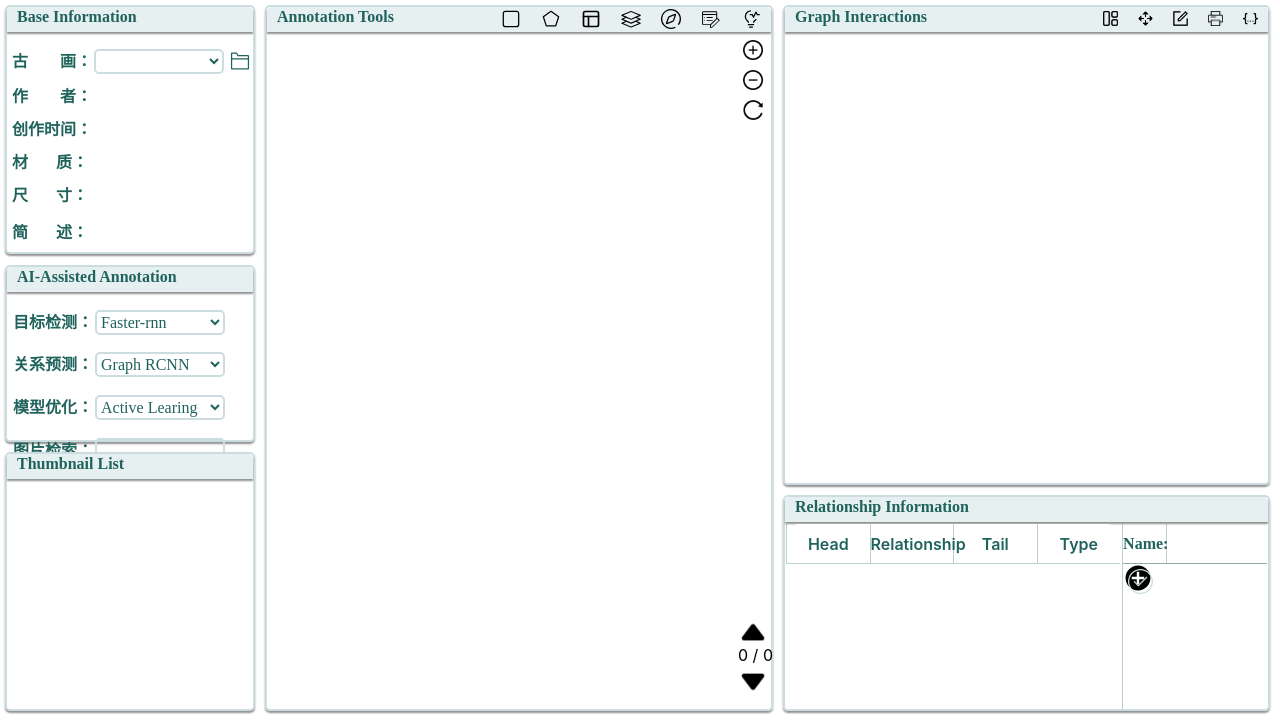
Repository: cailbh/ImageLabelTool
Page: /
The author's editor kept a copy of each file at every save. The page is drawn from the files as they stood at one save, then again after the next save.
The browser window is 1280 px wide. The pictures show the whole page.
The project was rebuilt for these pictures with package versions that can differ from the ones it lists, and the page was loaded fresh each time.

Above is the page before, as saved 2022-11-15 15:43:37.

### src/index.tsx
import React from 'react';
import ReactDOM from 'react-dom/client';
import './index.css';
import UI from './View';

const root = ReactDOM.createRoot(
  document.getElementById('root') as HTMLElement
);
root.render(
  <React.StrictMode>
    <UI />
  </React.StrictMode>
);

### src/index.css
* {
  margin: 0;
  font-family: -apple-system, BlinkMacSystemFont, 'Segoe UI', 'Roboto', 'Oxygen',
    'Ubuntu', 'Cantarell', 'Fira Sans', 'Droid Sans', 'Helvetica Neue',
    sans-serif;
  -webkit-font-smoothing: antialiased;
  -moz-osx-font-smoothing: grayscale;
  padding: 0;
  user-select: none;
}

code {
  font-family: source-code-pro, Menlo, Monaco, Consolas, 'Courier New',
    monospace;
}

html, body, #root {
  width: 100%;
  height: 100%;
  /* background: rgb(237,241,241); */
  background: rgb(255,255,255);
}

#root {
  /* display: flex; */
  /* flex-direction: row; */

}

### src/View/index.tsx
/**
 * 该组件负责图像视图与网络图视图的通信：
 *
 */

import React from "react";
// import ImageView from "./ImageView";
import GraphView from "./GraphView";
import LabelView from "./LabelView";
import { Entity, EntityArray, Relationship, RelationshipArray } from '../lib/interface'
import { EntityArrayContextProvider, useEntityArray, useEntityArrayUpdate } from "../lib/context";
import { RelationshipArrayContextProvider, useRelationshipArray, useRelationshipArrayUpdate } from "../lib/context";
import { InfoContextProvider, useInfo, useInfoUpdate } from "../lib/context";
import { MemoArrayContextProvider, useMemoArray, useMemoArrayUpdate } from "../lib/context";


export default function UI() {
    return (
        <React.StrictMode>
            <InfoContextProvider>
                <RelationshipArrayContextProvider>
                    <EntityArrayContextProvider>
                        <MemoArrayContextProvider>
                            {/* <ImageView></ImageView> */}

                            <LabelView></LabelView>
                            {/* <GraphView></GraphView> */}
                        </MemoArrayContextProvider>
                    </ EntityArrayContextProvider >
                </RelationshipArrayContextProvider>
            </InfoContextProvider>
        </React.StrictMode>
    )
}

### src/View/LabelView.tsx
import React from "react";
import LabelDisplay from "../component/LabelDisplay/index";
import LabelTool from "../component/LabelTool/index";
import ViewCard from "./ViewCard";

export default function LabelView() {
    return (
        // <ViewCard
        //     top={(
        //         <LabelTool></LabelTool>
        //     )}
        //     body={(
        <LabelDisplay></LabelDisplay>
        //     )}
        // />
    )
}

### src/lib/tasks.tsx
export default class Task {
    id: string;
    name: string;
    size: string;
    texture: string;
    time: string;
    author: string;
    discribe:string;
    constructor(options) {
        this.id = "";
        this.name = "";
        this.size = "";
        this.texture = "";
        this.time = "";
        this.author = ""
        this.discribe = ""
    }
}

### src/component/AttributeInput/index.tsx
import React from 'react'
import './index.css';

import url_confirm from "../../assets/imgs/confirm.png"
import url_addAttr from "../../assets/imgs/addAttr.svg"
import url_delAttr from "../../assets/imgs/delAttr.png"
interface AttributeInputProps {
    name: string;
    changeName: any;
    confirm: any;
    attributes: any;
    changeAttributes: any;
    children?: React.ReactNode;
}
interface AttributeInputState {
    name: string;
    attributes: any;
    // displayAttributeInputPicker: boolean;
    // color: object;
}
export default class AttributeInput extends React.Component<AttributeInputProps, AttributeInputState> {
    state = {
        name: '',
        attributes: []
    };
    constructor(props: AttributeInputProps) {
        super(props)
        this.state = {
            name: props.name,
            attributes: props.attributes
        }
        this.setState(this.state)
    }
    static getDerivedStateFromProps(nextProps, prevState) {
        if ((nextProps.attributes !== prevState.attributes) || (nextProps.name !== prevState.name)) {
            return {
                name: nextProps.name,
                attributes: nextProps.attributes
            }
        }
        return null
    }

    confirm = ()=>{
        let input = document.getElementById("nameIn") as HTMLInputElement
        input.value = ""
        this.props.confirm()
    }

    nameChange = (e, tp) => {
        this.props.changeName(e.target.value)
    }

    attrChange = (e, index, type) => {
        var tp = this.state.attributes[index]
        var temp = this.state.attributes
        tp[type] = e.target.value
        this.state = {
            name: this.state.name,
            attributes: this.state.attributes
        }
        this.setState(this.state)
        this.props.changeAttributes(this.state.attributes)
    }
    attrClick = (e,index,type) =>{
        window.onkeyup = null
        window.onkeyup = (ent) => {
            console.log(ent.key)
            if("Delete" === ent.key){
                console.log(1111,index)
                e.target.value = "";
                var temp = this.state.attributes
                temp.splice(index, 1)
                this.state = {
                    name: this.state.name,
                    attributes: temp
                }
                this.setState(this.state)
                window.onkeyup = null
            }
        }
    }
    nameInput = (data: string) => {
        return (
            <div className='attrValue nameValue'>
                <input id="nameIn" type="text" className="valueInput" placeholder={data} onChange={(e) => this.nameChange(e, "name")} />
            </div>
        )
    }
    attrInput = (data: any[]) => {
        if (data) {
            return (
                <div className="attrInputDiv">
                    {
                        data.map((item, index) => {
                            return (
                                <div className="attrInput" >
                                    <div className="attrKey">
                                        <input type="text" className={"keyInput attr " + index}  placeholder={item.attrKey}  onClick={(e) => this.attrClick(e, index, "attrKey")} onChange={(e) => this.attrChange(e, index, "attrKey")} />
                                    </div>
                                    <div className='attrValue'>
                                        <input type="text" className={"valueInput attr " + index} placeholder={item.attrValue} onChange={(e) => this.attrChange(e, index, "attrValue")} />
                                    </div>

                                    {/* <div className={'attrDel '+index} onClick={(e) => { this.delAttr(e) }}>
                                        <img className={"delAttrBut "+index} src={url_delAttr}></img>
                                    </div> */}
                                </div>
                            )
                        })
                    }
                </div>
            )
        }
    }
    addAttr = () => {
        var tp = {}
        var temp = this.state.attributes
        temp.push(tp)
        this.state = {
            name: this.state.name,
            attributes: temp
        }
        this.setState(this.state)

    }
    delAttr = (e) => {
        console.log(e,e.target,e.target.className)
        let str = e.target.className
        let index = str.split(' ')[1]
        var temp = this.state.attributes
        temp.splice(index, 1)
        this.state = {
            name: this.state.name,
            attributes: temp
        }
        this.setState(this.state)

    }
    // handleClick = () => {
    //     this.setState({ displayAttributeInputPicker: !this.state.displayAttributeInputPicker })
    // };

    // handleClose = () => {
    //     this.setState({ displayAttributeInputPicker: false })
    // };

    // handleChange = (color) => {
    //     this.setState({ color: color.rgb })
    //     this.props.changeAttributeInput(color)
    // };
    // useEffect(() => {
    //     this.state = {
    //         name: props.name,
    //         attributes: props.attributes
    //     }
    //     this.setState(this.state)
    // }, [this.props])

    render() {
        const data = this.props
        return (
            <div className='contain'>
                {/* <div className="attrHead">
                    <div className="headName">Entity Editing</div>
                </div> */}
                <div className="nameInput" >
                    <div className="attrKey">
                        {/* <div>名&nbsp;&nbsp;&nbsp;&nbsp;&nbsp;&nbsp;&nbsp;称：</div> */}
                        Name:
                    </div>

                    {this.nameInput(this.state.name)}

                    <div className="attrInput" >
                        <div className="addAttr" onClick={(e) => { this.addAttr() }}>
                            <img className="addAttrBut" src={url_addAttr}></img>
                        </div>
                    </div>
                    <div className='confirmDiv'onClick={() => { this.confirm() }}></div>
                </div>
                {this.attrInput(this.state.attributes)}
            </div>
        )
    }
}

### src/lib/interface.tsx
export class EntityArray {
    array: Array<Entity>;
}
export class RelationshipArray {
    array: Array<Relationship>;
}
export class MemoArray {
    relArray: Array<Relationship>;
    entArray: Array<Entity>;
}
export class Entity {
    name: string;
    id: string;
    type: string;
    x: number;
    y: number;
    //图片绘制起始位置
    ix: number;
    iy: number;
    //标注绘制起始位置
    lx: number;
    ly: number;
    // 图片宽度
    iWidth: number;
    // 图片高度
    iHeight: number;
    //图片缩放
    iScale: number;
    visAble: boolean;
    labels: any;
    content: any;
    contentType: string;
    labelLocation: any;
    rgb: string;
    visibility: boolean;
    trend: any;
    trendIndex: number;
    centerPoint: any;
    rectMask: any;
    color: string;
    describe: string;
    attribute: any;
    active: boolean;
    children: any;
    constructor(myName: string) { //定义带参数的构造函数
        this.name = myName;
    }
}


export class Relationship {
    name: string;
    id: string;
    type: string;
    targetId: string;
    sourceId: string;
    color: string;
    weight: number;
    visAble: boolean
    // constructor(myName: string) { //定义带参数的构造函数
    //     this.name = myName;
    // }
}

export class Info {
    changeState: number;
}

export default class LabelState {
    //任务名称
    taskName: string;
    //文件列表
    imgFiles: any;
    //图片总数
    imgSum: number;
    //选择图片下标
    imgIndex: number;
    cWidth: number;
    cHeight: number;
    // 缩略图宽度
    sWidth: number;
    // 缩略图高度
    sHeight: number;
    // 图片宽度
    iWidth: number;
    // 图片高度
    iHeight: number;
    // 图片拖拽至边缘最小显示
    appearSize: number;
    // 缩放布进
    scaleStep: number;
    // 最小缩放比例
    minScale: number;
    // 最大缩放比例
    maxScale: number;
    // 图片在画板中的横坐标
    x: number;
    // 图片在画板中的纵坐标
    y: number;
    // 鼠标当前画板中的横坐标
    mouseX: number;
    // 鼠标当前画板中的纵坐标
    mouseY: number;
    // 拖动过程中，鼠标前一次移动的横坐标
    prevX: number;
    // 拖动过程中，鼠标前一次移动的纵坐标
    prevY: number;
    // 缩放比例
    scale: number;
    // 鼠标在图片中的横坐标
    ix: number;
    // 鼠标在图片中的纵坐标
    iy: number;
    // 矩形框起点横坐标
    rectX: number;
    // 矩形框起点纵坐标
    rectY: number;
    // 绘制多边形的圆点半径
    radius: number;

    // 绘制线段宽度
    lineWidth: number;

    //绘制区域模块透明度
    opacity: number;

    // 定时器
    timer: any;

    // 结果是否被修改
    isModify: boolean;

    // 是否全屏
    isFullScreen: boolean;

    // 是否移动图像标注圆点
    isDragCircle: boolean;

    // 当前点击圆点index
    snapCircleIndex: number;

    // 用于在拖拽或者缩放时，让绘制至存储面板的数据，只绘制一次
    drawFlag: boolean;

    // 监听滚动条缩放是否结束的定时器
    mousewheelTimer: null;

    // 历史记录下标
    historyIndex: number;
    Arrays: any;
    Nodes: any;
    Features: any;

}

### src/axios/index.ts
import entityRecognize from './api/entityRecognize';

export * from './api/entityRecognize'; // 目标识别
// export * from './api/img'; // 图片
export default {
    entityRecognize
}

### src/component/AttributeInput/index.css
.nameInput{
    /* margin: 5px; */
    height: 40px;
    border-bottom: 1px rgba(32,99,92,0.3) solid;
}
.contain{
    height: 100%;
}
.attrHead{
    background-color: rgba(230,240,241,1);
    /* margin: 5px; */
    color:rgba(32,99,92,1);
    height: 25px;
    font-size:25px;
    line-height:30px;
    font-weight: 600;
    font-size: 18px;
    line-height: 1.35;
    font-variant: tabular-nums;
    line-height: 1.5715;
    font-feature-settings: "tnum";
    font-family: SourceHanSerifCN-Heavy, SourceHanSerifCN;
    border-top-left-radius: 5px;
    border-top-right-radius: 5px;

    filter:progid:DXImageTransform.Microsoft.Shadow(color=#909090,direction=120,strength=4);
    -moz-box-shadow: 0px 2px 10px #909090;
    -webkit-box-shadow: 0px 2px 10px #909090;
    box-shadow:0px 2px 2px #909090

}
.headName{
    float: left;
    margin-left: 10px;
    width: 50%;
    font-size:15px;
    line-height:90px;
    color:rgba(32,99,92,1);
    font-size:16px;
    line-height:30px;
    font-weight: 600;
    font-variant: tabular-nums;
    line-height: 125%;
    font-feature-settings: "tnum";
    font-family: SourceHanSerifCN-Heavy, SourceHanSerifCN;
    border-top-left-radius: 5px;
    border-top-right-radius: 5px;
    float: left;
}
.headValue{
    float: left;
    width: calc(50% - 40px);
    margin: 20px;
    font-size:15px;
    line-height:30px;
    font-family:"Microsoft YaHei",Tahoma,Verdana,SimSun;
    font-style:normal;
    font-variant:normal;
    font-size-adjust:none;
    font-stretch:normal;
    font-weight:normal;
    border-radius: 5px;
}
.attrInput{
    /* margin: 5px; */
    height: 40px;
    /* display: flex; */
    justify-content: center;
    align-items: center;
    border-bottom: 1px rgba(32,99,92,0.3) solid;
}
.attrInputDiv{
    /* margin: 5px; */
    height: calc(100% - 90px);
    overflow: scroll;
    scrollbar-width: none;
}
.attrKey{
    /* margin: 2px; */
    height: calc(100% - 0px);
    width: calc(30% - 0px);
    float: left;
    text-align: center;
    color: rgb(32,99,92);
    font-weight: 600;
    font-size: 16px;
    font-variant: tabular-nums;
    line-height: 40px;
    font-feature-settings: "tnum";
    font-family: SourceHanSerifCN-Heavy, SourceHanSerifCN;

    border-radius: 5px;
    /* cursor: none; */
}
.attrDel{
    margin: 2px 5px;
    width: 20px;
    height: 20px;
    cursor: pointer;
    /* background-color: #000; */
    float: left;
}
.addAttr{
    width: 30px;
    height: 30px;
    cursor: pointer;
    display: flex;
    justify-content: center;
    align-items: center;
}

.addAttrBut{
    height: 100%;
}
.delAttrBut{
    height: 100%;
}
.attrValue{
    /* margin: 2px; */
    height: calc(100% - 0px);
    width: calc(70% - 0px);
    border-left: 1px rgba(32,99,92,0.3) solid;
    float: left;
}

.valueInput{
    width: 100%;
    /* border-radius: 10px; */
    /* margin: 1px; */
    /* margin-left: 15px; */
    color: rgb(32,99,92);
    height: 100%;

    background: rgba(210,225,230,0);
    outline: none;
    border: #000;
    border: 0px solid rgb(204,221,224);
    /* border-radius: 5px; */


    font-weight: 400;
    font-size: 16px;
    line-height: 100%;
    font-variant: tabular-nums;
    font-feature-settings: "tnum";
    font-family: SourceHanSerifCN-Heavy, SourceHanSerifCN;
}
.keyInput{
    width: 100%;
    /* border-radius: 10px; */
    /* margin: 1px; */
    /* margin-left: 15px; */
    color: rgb(32,99,92);
    height: 100%;

    background: rgba(210,225,230,0);
    outline: none;
    border: #000;
    border: 0px solid rgb(204,221,224);
    /* border-radius: 5px; */


    font-weight: 400;
    font-size: 16px;
    line-height: 100%;
    font-variant: tabular-nums;
    font-feature-settings: "tnum";
    font-family: SourceHanSerifCN-Heavy, SourceHanSerifCN;
}
.keyInput:focus {
    background-color: rgba(204, 221, 224,0.2);
}
.valueInput:focus {
    background-color: rgba(204, 221, 224,0.2);
}

### src/axios/api/entityRecognize/index.ts
import { get, put, post, del } from '../../http';
import axios from 'axios'
import{base} from '../config'
import {message} from 'antd'
import cookie from 'react-cookies'
export const getImg = (data: any) => get({ url: '/recognize/', data }); //
export const postImg = (data: any) => post({ url: '/recognize/', data }); //
export const updateImg = (data: any) => put({ url: '/recognize/', data });

export default{
    //测试
    async testApi(params){
        return await axios.get(`${base}/hi`,params) .then((res)=>{
            return res.data;
        }).catch((error)=>{
            message.error("服务器出错")
        })
    },
    //目标检测
    async entityRecognizeApi(params){
        return await axios.post(`${base}/predict_bbx`,params).then((res)=>{
            return res.data;
        }).catch((error)=>{
            message.error("服务器出错")
        })
    },

}

### src/axios/config.ts
export const rootURL = ''

export const ServerCode = {
    SUCCESS: 0,
    CONTINUE: 400,
    WRONG_PARAM: 401,
    WRONG_REQUEST: 402,
    FORBIDDEN: 403,
    WRONG_URL: 404,
    NO_LOGIN: 406,
    TIME_OUT: 408,
    WRONG_REQUEST_MODAL: 410,
    AUTO_SAVE_ERROR_CODE: 411, // 自动暂存code
    PROCESS_ERROR: 412, // 任务进度错误
    WRONG_SERVER: 500,
    WRONG_REALIZE: 501,
    WRONG_GATEWAY: 502,
    BAD_SERVER: 503,
    GATEWAY_TIME_OUT: 504,
    WRONG_VERSION: 505
};

export const SubCode = {
    OPERATION_FAILED: 410001,
    TASK_HAS_EXPIRED_OR_SUBMITTED: 400001
};

export const ServerCodeMap = {
    [ServerCode.SUCCESS]: '成功',
    [ServerCode.CONTINUE]: '继续', // 传递指定“继续参数”即可成功
    [ServerCode.WRONG_PARAM]: '参数格式出错',
    [ServerCode.WRONG_REQUEST]: '请求出错',
    [ServerCode.FORBIDDEN]: '拒绝访问',
    [ServerCode.WRONG_URL]: '请求地址出错',
    [ServerCode.NO_LOGIN]: '未登录',
    [ServerCode.TIME_OUT]: '请求超时',
    [ServerCode.WRONG_SERVER]: '服务器内部错误',
    [ServerCode.WRONG_REALIZE]: '服务未实现',
    [ServerCode.WRONG_GATEWAY]: '网关错误',
    [ServerCode.BAD_SERVER]: '服务不可用',
    [ServerCode.GATEWAY_TIME_OUT]: '网关超时',
    [ServerCode.WRONG_VERSION]: 'HTTP版本不受支持'
};

export const RedirectMap = {
    [ServerCode.FORBIDDEN]: '/403'
};

Loaded but not shown: public/index.html (common file); src/lib/uuid.js (8 lines, source omitted); src/axios/api/config.js (3 lines, source omitted); src/component/LabelDisplay/index.tsx (4881 lines, source omitted); src/component/LabelDisplay/index.css (1843 lines, source omitted); src/component/LabelDisplay/graph.css (478 lines, source omitted); src/component/GraphRelationship/index.tsx (186 lines, source omitted); src/axios/http.ts (147 lines, source omitted); src/lib/webAnnotate.tsx (283 lines, source omitted); src/component/GraphRelationship/index.css (145 lines, source omitted); src/lib/context.tsx (83 lines, source omitted)

After the next save:
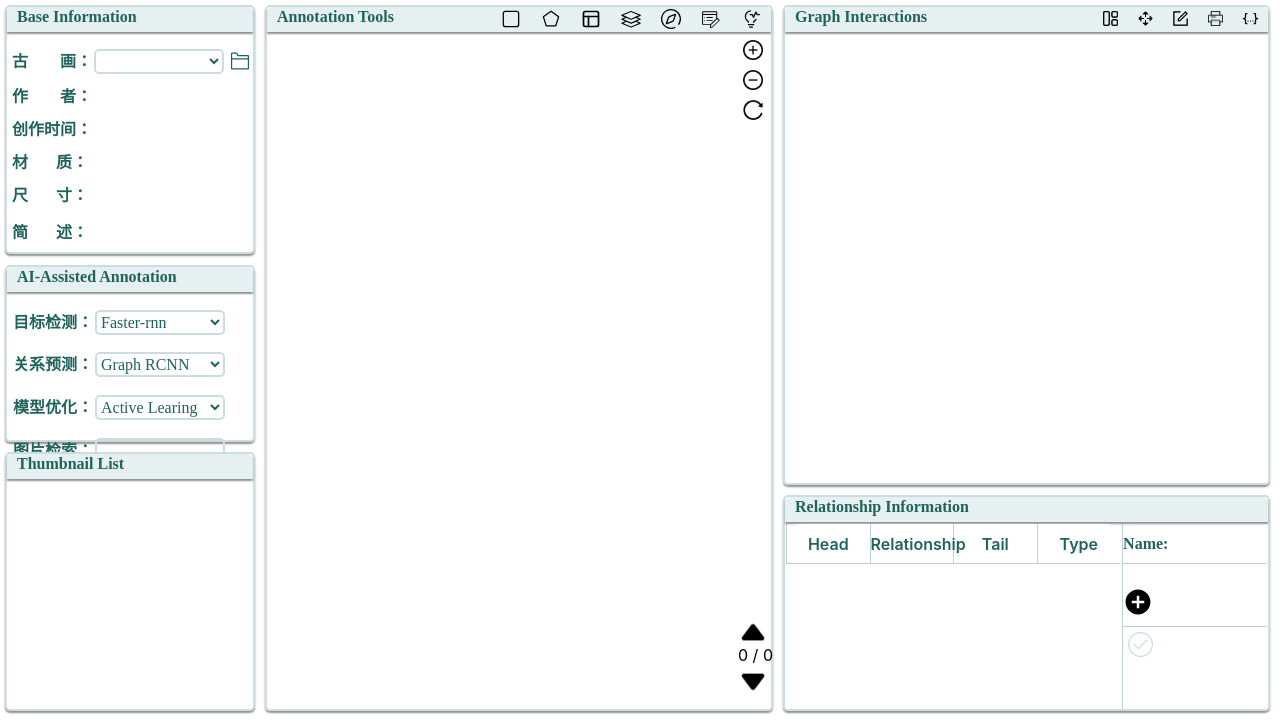
Saved 6 s later.
--- a/src/component/AttributeInput/index.tsx
+++ b/src/component/AttributeInput/index.tsx
@@ -82,7 +82,7 @@ export default class AttributeInput extends React.Component<AttributeInputProps,
     }
     nameInput = (data: string) => {
         return (
-            <div className='attrValue nameValue'>
+            <div className='nameValue'>
                 <input id="nameIn" type="text" className="valueInput" placeholder={data} onChange={(e) => this.nameChange(e, "name")} />
             </div>
         )

After the save that followed:
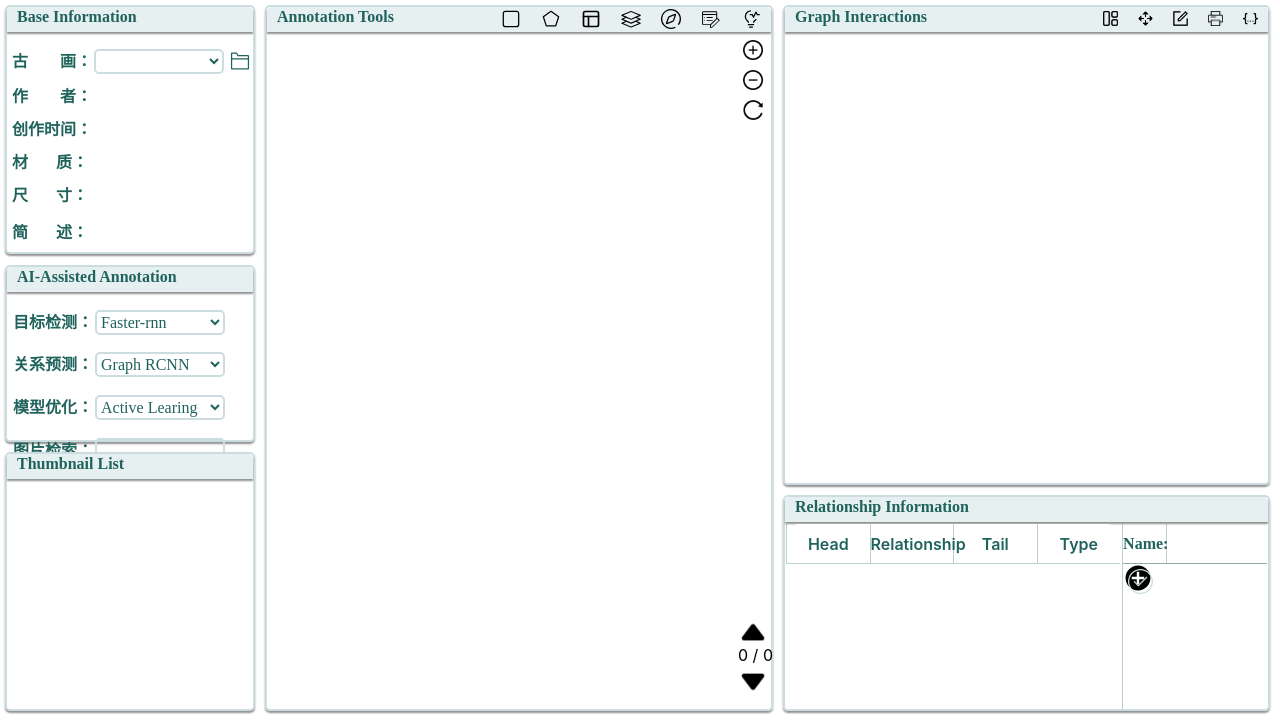
Saved 30 s later.
--- a/src/component/AttributeInput/index.css
+++ b/src/component/AttributeInput/index.css
@@ -123,6 +123,13 @@
     float: left;
 }
 
+.nameValue{
+    /* margin: 2px; */
+    height: calc(100% - 0px);
+    width: calc(50% - 0px);
+    border-left: 1px rgba(32,99,92,0.3) solid;
+    float: left;
+}
 .valueInput{
     width: 100%;
     /* border-radius: 10px; */
